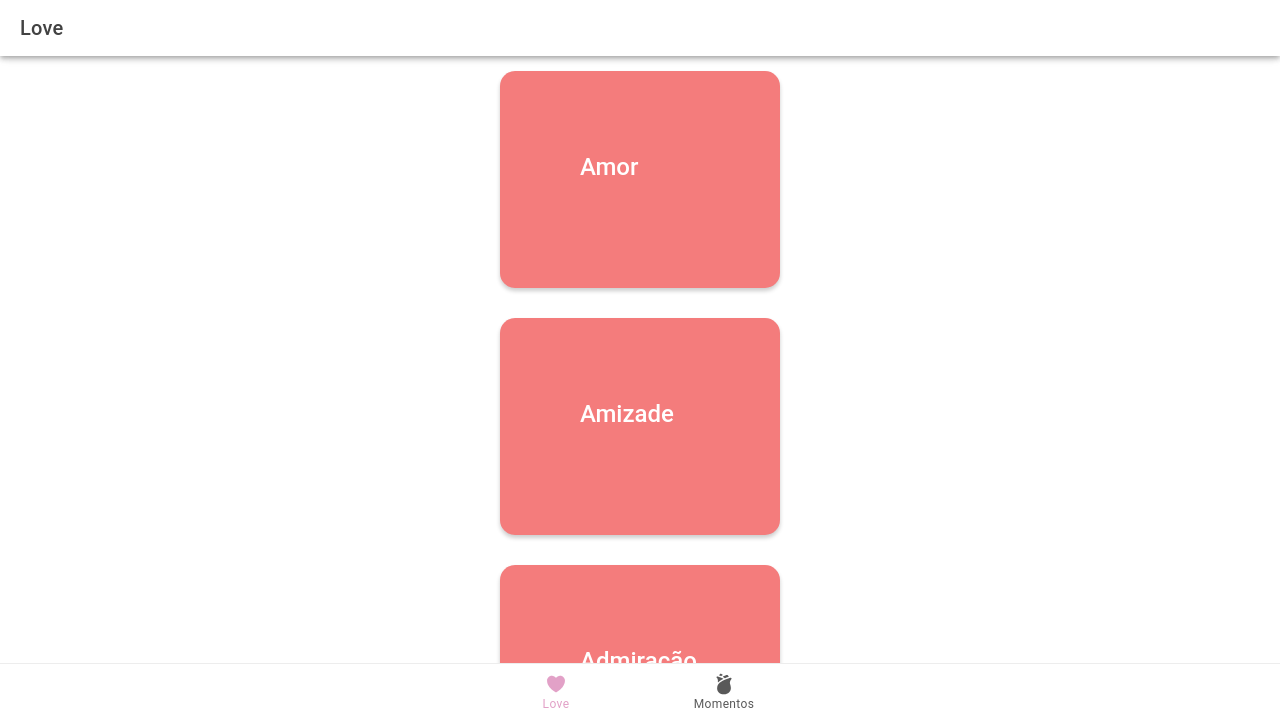
Repository: mateus-henrique-silva/lorrayne-app
Page: /
These files come from the project's save history. The page is drawn as it stood at one moment and after a run of saves; the edit follows.
The browser window is 1280 px wide. The pictures show the whole page.
The project was rebuilt for these pictures with package versions that can differ from the ones it lists, and the page was loaded fresh each time. Also part of the build but not shown: src/pages/Tab2.tsx, src/components/ExploreContainer.css, src/components/ExploreContainer.tsx, src/pages/Tab3.tsx.

Above is the page before, as saved 2022-07-05 14:46:10.

### src/App.tsx
import { Redirect, Route } from 'react-router-dom';
import {
  IonApp,
  IonIcon,
  IonLabel,
  IonRouterOutlet,
  IonTabBar,
  IonTabButton,
  IonTabs,
  setupIonicReact
} from '@ionic/react';
import { IonReactRouter } from '@ionic/react-router';
import { ellipse, heart, rose, square, star, triangle } from 'ionicons/icons';
import Tab1 from './pages/Tab1';
import Tab2 from './pages/Tab2';
import Tab3 from './pages/Tab3';

/* Core CSS required for Ionic components to work properly */
import '@ionic/react/css/core.css';

/* Basic CSS for apps built with Ionic */
import '@ionic/react/css/normalize.css';
import '@ionic/react/css/structure.css';
import '@ionic/react/css/typography.css';

/* Optional CSS utils that can be commented out */
import '@ionic/react/css/padding.css';
import '@ionic/react/css/float-elements.css';
import '@ionic/react/css/text-alignment.css';
import '@ionic/react/css/text-transformation.css';
import '@ionic/react/css/flex-utils.css';
import '@ionic/react/css/display.css';

/* Theme variables */
import './theme/variables.css';

setupIonicReact();

const App: React.FC = () => (
  <IonApp>
    <IonReactRouter>
      <IonTabs>
        <IonRouterOutlet>
          <Route exact path="/tab1">
            <Tab1 />
          </Route>
          <Route exact path="/tab2">
            <Tab2 />
          </Route>
          <Route path="/tab3">
            <Tab3 />
          </Route>
          <Route exact path="/">
            <Redirect to="/tab1" />
          </Route>
        </IonRouterOutlet>
        <IonTabBar slot="bottom">
          <IonTabButton tab="tab1" href="/tab1">
            <IonIcon icon={heart} />
            <IonLabel>Love</IonLabel>
          </IonTabButton>
          <IonTabButton tab="tab2" href="/tab2">
            <IonIcon icon={rose} />
            <IonLabel>Momentos</IonLabel>
          </IonTabButton>
          {/* <IonTabButton tab="tab3" href="/tab3">
            <IonIcon icon={star} />
            <IonLabel>Momentos</IonLabel>
          </IonTabButton> */}
        </IonTabBar>
      </IonTabs>
    </IonReactRouter>
  </IonApp>
);

export default App;

### src/pages/Tab1.tsx
import {
  IonContent,
  IonHeader,
  IonPage,
  IonTitle,
  IonToolbar,
} from "@ionic/react";
import Msg from "../components/boxMsg";
import "./Tab1.css";
import Box from "../components/BoxComponents";

const Tab1: React.FC = () => {
  return (
    <IonPage>
      <IonHeader>
        <IonToolbar>
          <IonTitle>Love</IonTitle>
        </IonToolbar>
      </IonHeader>
      <IonContent fullscreen>
        <IonHeader collapse="condense">
          <IonToolbar>
            <IonTitle size="large">Love</IonTitle>
          </IonToolbar>
        </IonHeader>

        <Box paragraph="É essa vontade incontrolável de passar todos os dias ao seu lado. Fazer de tudo para te tirar um sorriso bobo. O amor é simples e sincero. Te amo vida!" text="Amor" fontSize="20px" colorText="#ffff" color="#F47C7C" />

        <Box paragraph="É essa parceria que temos desde o dia que nos conhcemos. Saber que posso contar com você nos momentos mais dificeis" text="Amizade" fontSize="20px" colorText="#ffff" color="#F47C7C" />
        <Box paragraph="É a honra de estar ao lado de uma mulher guerreira, determinada, sonhadora. Que me motiva a crecer e amadurecer todos os dias para ser o melhor para você "
          text="Admiração"
          fontSize="20px"
          colorText="#ffff"
          color="#F47C7C"
        />
        <Box paragraph="É o que eu sinto das conquistas. É do seu futuro que será brilhante. Acredito em você e nos seus sonhos" text="Orgulho" fontSize="20px" colorText="#ffff" color="#F47C7C" />
        <Box paragraph="É o que eu tenho todos os dias. Agradeço a Deus por ter colocado a mulher mais incrivel do mundo na minha vida."
          text="Gratidão"
          fontSize="20px"
          colorText="#ffff"
          color="#F47C7C"
        />
        <Box paragraph="É o que somos. Mesmo não vivendo juntos ainda eu sei que somos uma familia, pois familia é que esta ao nosso lado nos bons e mals momento, e como eu sempre disse somos nos 2 contra o mundo!!"text="Familia" fontSize="20px" colorText="#ffff" color="#F47C7C" />
      </IonContent>
    </IonPage>
  );
};

export default Tab1;

### src/theme/variables.css
/* Ionic Variables and Theming. For more info, please see:
http://ionicframework.com/docs/theming/ */

/** Ionic CSS Variables **/
:root {
  /** primary **/
  --ion-color-primary: #e2a1c7;
  --ion-color-primary-rgb: 226, 161, 199;
  --ion-color-primary-contrast: #000000;
  --ion-color-primary-contrast-rgb: 0, 0, 0;
  --ion-color-primary-shade: #c78eaf;
  --ion-color-primary-tint: #e5aacd;

  /** secondary **/
  --ion-color-secondary: #3dc2ff;
  --ion-color-secondary-rgb: 61, 194, 255;
  --ion-color-secondary-contrast: #ffffff;
  --ion-color-secondary-contrast-rgb: 255, 255, 255;
  --ion-color-secondary-shade: #36abe0;
  --ion-color-secondary-tint: #50c8ff;

  /** tertiary **/
  --ion-color-tertiary: #5260ff;
  --ion-color-tertiary-rgb: 82, 96, 255;
  --ion-color-tertiary-contrast: #ffffff;
  --ion-color-tertiary-contrast-rgb: 255, 255, 255;
  --ion-color-tertiary-shade: #4854e0;
  --ion-color-tertiary-tint: #6370ff;

  /** success **/
  --ion-color-success: #2dd36f;
  --ion-color-success-rgb: 45, 211, 111;
  --ion-color-success-contrast: #ffffff;
  --ion-color-success-contrast-rgb: 255, 255, 255;
  --ion-color-success-shade: #28ba62;
  --ion-color-success-tint: #42d77d;

  /** warning **/
  --ion-color-warning: #ffc409;
  --ion-color-warning-rgb: 255, 196, 9;
  --ion-color-warning-contrast: #000000;
  --ion-color-warning-contrast-rgb: 0, 0, 0;
  --ion-color-warning-shade: #e0ac08;
  --ion-color-warning-tint: #ffca22;

  /** danger **/
  --ion-color-danger: #eb445a;
  --ion-color-danger-rgb: 235, 68, 90;
  --ion-color-danger-contrast: #ffffff;
  --ion-color-danger-contrast-rgb: 255, 255, 255;
  --ion-color-danger-shade: #cf3c4f;
  --ion-color-danger-tint: #ed576b;

  /** dark **/
  --ion-color-dark: #222428;
  --ion-color-dark-rgb: 34, 36, 40;
  --ion-color-dark-contrast: #ffffff;
  --ion-color-dark-contrast-rgb: 255, 255, 255;
  --ion-color-dark-shade: #1e2023;
  --ion-color-dark-tint: #383a3e;

  /** medium **/
  --ion-color-medium: #92949c;
  --ion-color-medium-rgb: 146, 148, 156;
  --ion-color-medium-contrast: #ffffff;
  --ion-color-medium-contrast-rgb: 255, 255, 255;
  --ion-color-medium-shade: #808289;
  --ion-color-medium-tint: #9d9fa6;

  /** light **/
  --ion-color-light: #f4f5f8;
  --ion-color-light-rgb: 244, 245, 248;
  --ion-color-light-contrast: #000000;
  --ion-color-light-contrast-rgb: 0, 0, 0;
  --ion-color-light-shade: #d7d8da;
  --ion-color-light-tint: #f5f6f9;
}

@media (prefers-color-scheme: dark) {
  /*
   * Dark Colors
   * -------------------------------------------
   */

  body {
    --ion-color-primary: #e2a1c7;
    --ion-color-primary-rgb: 226, 161, 199;
    --ion-color-primary-contrast: #000000;
    --ion-color-primary-contrast-rgb: 0, 0, 0;
    --ion-color-primary-shade: #c78eaf;
    --ion-color-primary-tint: #e5aacd;

    --ion-color-secondary: #50c8ff;
    --ion-color-secondary-rgb: 80,200,255;
    --ion-color-secondary-contrast: #ffffff;
    --ion-color-secondary-contrast-rgb: 255,255,255;
    --ion-color-secondary-shade: #46b0e0;
    --ion-color-secondary-tint: #62ceff;

    --ion-color-tertiary: #6a64ff;
    --ion-color-tertiary-rgb: 106,100,255;
    --ion-color-tertiary-contrast: #ffffff;
    --ion-color-tertiary-contrast-rgb: 255,255,255;
    --ion-color-tertiary-shade: #5d58e0;
    --ion-color-tertiary-tint: #7974ff;

    --ion-color-success: #2fdf75;
    --ion-color-success-rgb: 47,223,117;
    --ion-color-success-contrast: #000000;
    --ion-color-success-contrast-rgb: 0,0,0;
    --ion-color-success-shade: #29c467;
    --ion-color-success-tint: #44e283;

    --ion-color-warning: #ffd534;
    --ion-color-warning-rgb: 255,213,52;
    --ion-color-warning-contrast: #000000;
    --ion-color-warning-contrast-rgb: 0,0,0;
    --ion-color-warning-shade: #e0bb2e;
    --ion-color-warning-tint: #ffd948;

    --ion-color-danger: #ff4961;
    --ion-color-danger-rgb: 255,73,97;
    --ion-color-danger-contrast: #ffffff;
    --ion-color-danger-contrast-rgb: 255,255,255;
    --ion-color-danger-shade: #e04055;
    --ion-color-danger-tint: #ff5b71;

    --ion-color-dark: #f4f5f8;
    --ion-color-dark-rgb: 244,245,248;
    --ion-color-dark-contrast: #000000;
    --ion-color-dark-contrast-rgb: 0,0,0;
    --ion-color-dark-shade: #d7d8da;
    --ion-color-dark-tint: #f5f6f9;

    --ion-color-medium: #989aa2;
    --ion-color-medium-rgb: 152,154,162;
    --ion-color-medium-contrast: #000000;
    --ion-color-medium-contrast-rgb: 0,0,0;
    --ion-color-medium-shade: #86888f;
    --ion-color-medium-tint: #a2a4ab;

    --ion-color-light: #222428;
    --ion-color-light-rgb: 34,36,40;
    --ion-color-light-contrast: #ffffff;
    --ion-color-light-contrast-rgb: 255,255,255;
    --ion-color-light-shade: #1e2023;
    --ion-color-light-tint: #383a3e;
  }

  /*
   * iOS Dark Theme
   * -------------------------------------------
   */

  .ios body {
    --ion-background-color: #000000;
    --ion-background-color-rgb: 0,0,0;

    --ion-text-color: #ffffff;
    --ion-text-color-rgb: 255,255,255;

    --ion-color-step-50: #0d0d0d;
    --ion-color-step-100: #1a1a1a;
    --ion-color-step-150: #262626;
    --ion-color-step-200: #333333;
    --ion-color-step-250: #404040;
    --ion-color-step-300: #4d4d4d;
    --ion-color-step-350: #595959;
    --ion-color-step-400: #666666;
    --ion-color-step-450: #737373;
    --ion-color-step-500: #808080;
    --ion-color-step-550: #8c8c8c;
    --ion-color-step-600: #999999;
    --ion-color-step-650: #a6a6a6;
    --ion-color-step-700: #b3b3b3;
    --ion-color-step-750: #bfbfbf;
    --ion-color-step-800: #cccccc;
    --ion-color-step-850: #d9d9d9;
    --ion-color-step-900: #e6e6e6;
    --ion-color-step-950: #f2f2f2;

    --ion-item-background: #000000;

    --ion-card-background: #1c1c1d;
  }

  .ios ion-modal {
    --ion-background-color: var(--ion-color-step-100);
    --ion-toolbar-background: var(--ion-color-step-150);
    --ion-toolbar-border-color: var(--ion-color-step-250);
  }


  /*
   * Material Design Dark Theme
   * -------------------------------------------
   */

  .md body {
    --ion-background-color: #121212;
    --ion-background-color-rgb: 18,18,18;

    --ion-text-color: #ffffff;
    --ion-text-color-rgb: 255,255,255;

    --ion-border-color: #222222;

    --ion-color-step-50: #1e1e1e;
    --ion-color-step-100: #2a2a2a;
    --ion-color-step-150: #363636;
    --ion-color-step-200: #414141;
    --ion-color-step-250: #4d4d4d;
    --ion-color-step-300: #595959;
    --ion-color-step-350: #656565;
    --ion-color-step-400: #717171;
    --ion-color-step-450: #7d7d7d;
    --ion-color-step-500: #898989;
    --ion-color-step-550: #949494;
    --ion-color-step-600: #a0a0a0;
    --ion-color-step-650: #acacac;
    --ion-color-step-700: #b8b8b8;
    --ion-color-step-750: #c4c4c4;
    --ion-color-step-800: #d0d0d0;
    --ion-color-step-850: #dbdbdb;
    --ion-color-step-900: #e7e7e7;
    --ion-color-step-950: #f3f3f3;

    --ion-item-background: #1e1e1e;

    --ion-toolbar-background: #1f1f1f;

    --ion-tab-bar-background: #1f1f1f;

    --ion-card-background: #1e1e1e;
  }
}

### src/components/BoxComponents.tsx
import React, { useState } from "react";
import { motion, AnimatePresence } from "framer-motion";
import "./BoxComponents.css";

interface TextBox {
  text: string;
  color: string;
  colorText: string;
  fontSize: string;
  paragraph: string;
}

const BoxComponents: React.FC<TextBox> = (props, { text }) => {
  const [isOpen, setIsOpen] = useState(false);
  const TextArray = [
    {
      id: 0,
      paragraph: "Mateus henrique lindo",
    },
    { id: 1, paragraph: "Mateus henrique lindo" },
  ];
  const colorBox = {
    backgroundColor: props.color,
    color: props.colorText,
    fontSize: props.fontSize,
  };
  return (
    <div className="Box">
      <div className="BoxSet">
        <motion.div transition={{layout: {duration:2, type:"spring"}}} onClick= {()=> setIsOpen(!isOpen)} className="BoxPrincipal" style={colorBox}>
        <motion.h2 layout="position">{props.text}</motion.h2>

          {isOpen &&(

          <motion.div initial={{opacity:0}} animate ={{opacity:1}} transition={{duration:1}} >
          {/* {
         TextArray.map((TextArray)  =>(
          <p key={TextArray.id}>{TextArray.paragraph}</p>
         )  )} */}
         <p>{props.paragraph}</p>
         </motion.div>)}

        </motion.div>
        {/* <motion.div className="BoxPrincipal" style={colorBox}>{props.text}</motion.div> */}
      </div>
    </div>
  );
};

export default BoxComponents;

### src/components/BoxComponents.css
.Box{
    display:grid;
    justify-content:space-around;
    overflow:hidden;

}
.BoxSet{

    width:100%;
    margin-bottom:15px;


}
.BoxPrincipal h2{}

.BoxPrincipal{
    padding: 4rem 5rem 6rem;
    display:block;
   min-width:280px;
    margin-top:15px;

    border-radius:15px;
    justify-content:center;
    cursor: pointer;
    align-items:center;
    transition:1s;
    box-shadow: 0px 3px 4px rgba(0,0,0,0.2) ;
}
p{
    padding-top:1rem ;


}
h2{
    margin: 0;
    padding: 0;
}
@media(max-width:800px){
    .Box{
        display:grid;
        justify-content:space-around;

        width:100%;


    }
    .BoxSet{
        display:flex;
        width:100%;
        margin-bottom:15px;


    }


    .Box:last-child{
        margin-bottom:15px;
    }

}


@media(max-width:480px){

    .BoxSet{
        display:grid;
        width:100%
    }


}

Loaded but not shown: public/index.html (common file); src/index.tsx (common file); src/serviceWorkerRegistration.ts (common file); src/reportWebVitals.ts (common file); src/pages/Tab1.css (no stored copy; drawn as an empty file); src/pages/Tab2.css (no stored copy; drawn as an empty file); src/pages/Tab3.css (no stored copy; drawn as an empty file)

After the next 3 saves:
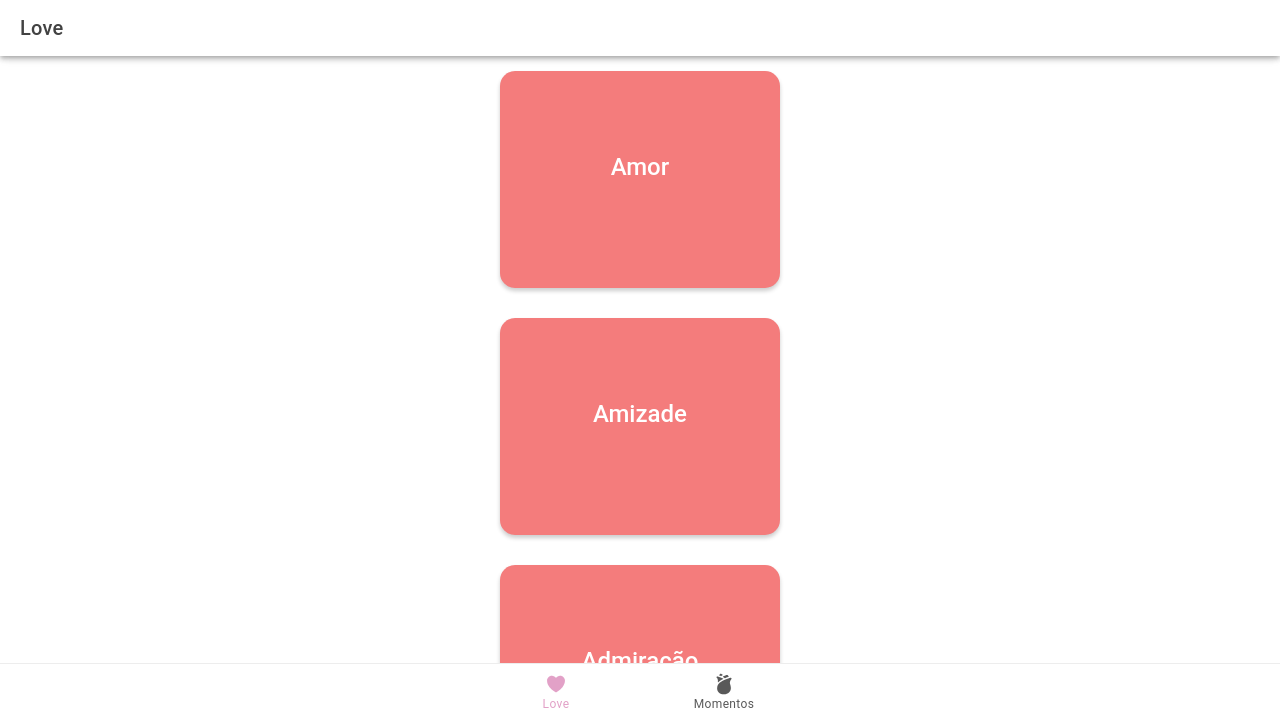
The 3 saves are shown as one change because they came seconds apart.
The last was saved 11 s later.
--- a/src/components/BoxComponents.css
+++ b/src/components/BoxComponents.css
@@ -11,7 +11,9 @@
 
 
 }
-.BoxPrincipal h2{}
+.BoxPrincipal h2{
+    text-align:center;
+}
 
 .BoxPrincipal{
     padding: 4rem 5rem 6rem;

After the save that followed:
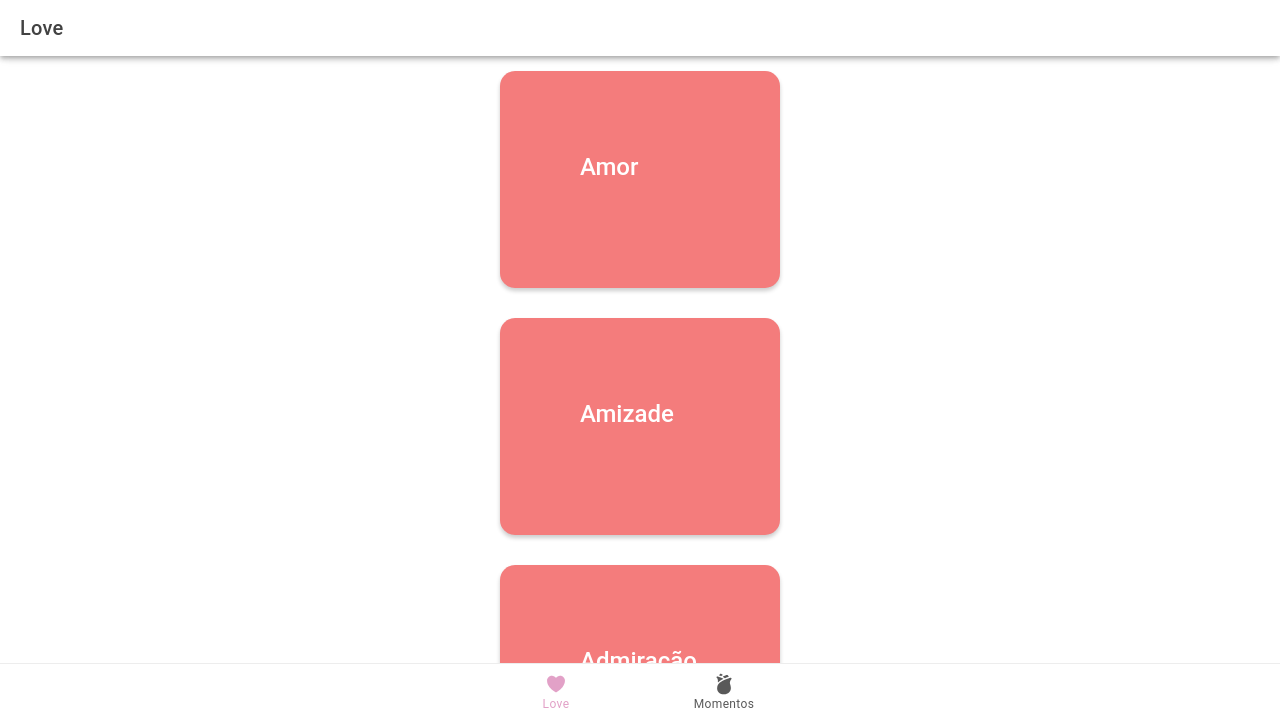
Saved 50 s later.
--- a/src/components/BoxComponents.css
+++ b/src/components/BoxComponents.css
@@ -11,9 +11,7 @@
 
 
 }
-.BoxPrincipal h2{
-    text-align:center;
-}
+
 
 .BoxPrincipal{
     padding: 4rem 5rem 6rem;
